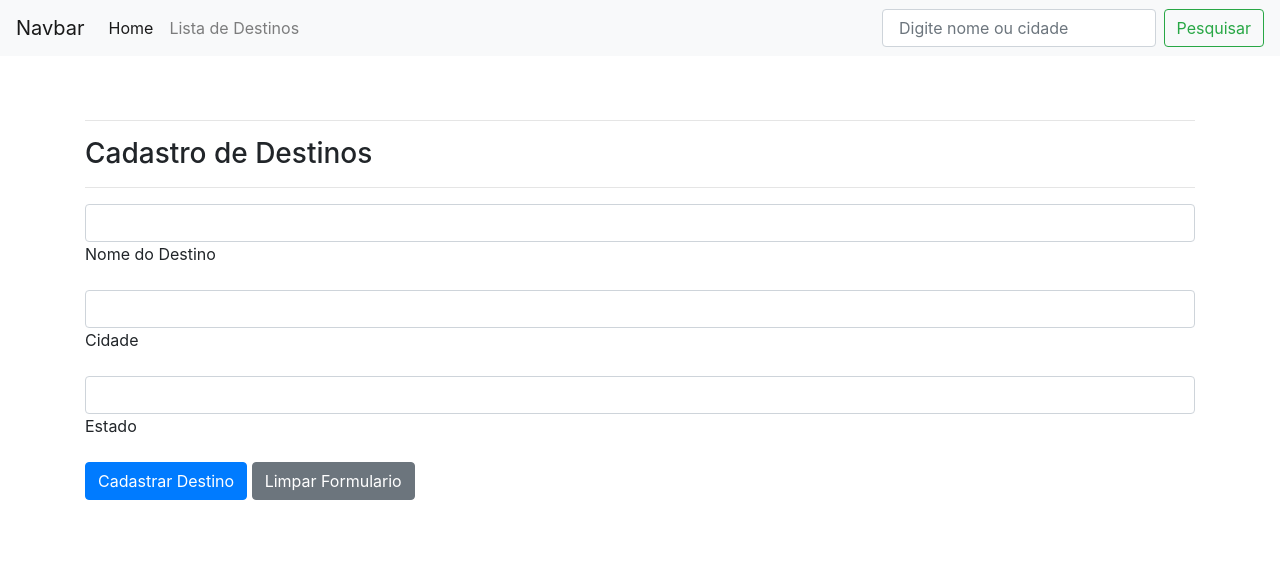
Repository: SolanoBarcelos/AtvPratMod4
Page: CrudJAVA/AtvPratMod4/src/main/webapp/index.html
These files come from the project's save history. The page is drawn as it stood at one moment and after the next save; the edit follows.
The browser window is 1280 px wide. The pictures show the whole page.

Above is the page before, as saved 2022-02-14 19:00:31.

After the next save:
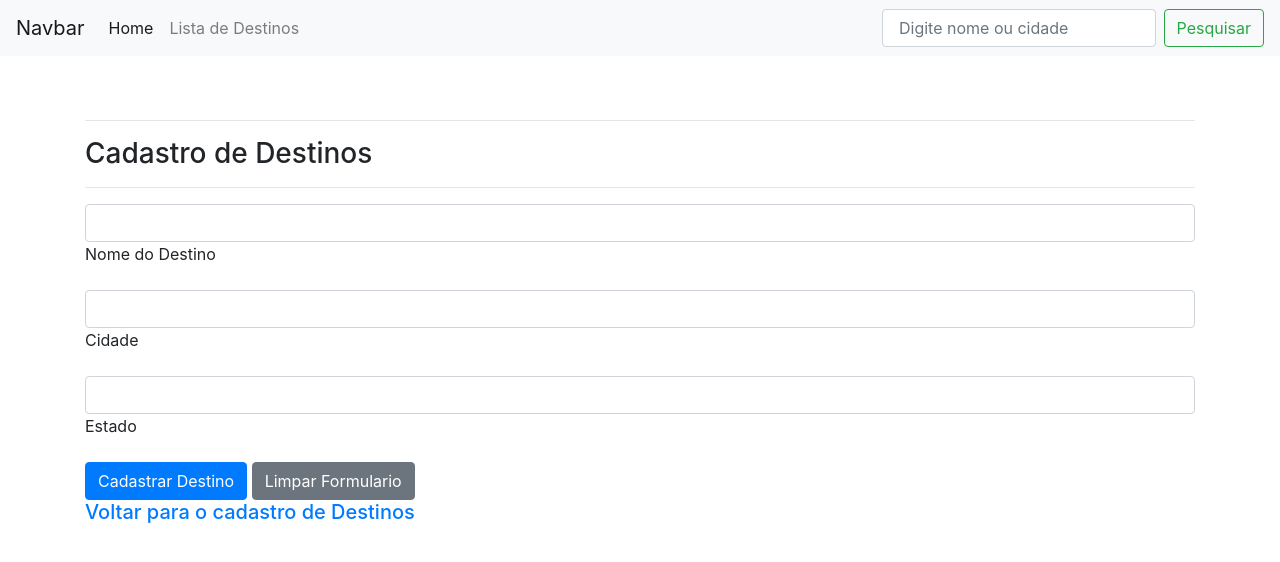
Saved 5 min 9 s later.
--- a/CrudJAVA/AtvPratMod4/src/main/webapp/index.html
+++ b/CrudJAVA/AtvPratMod4/src/main/webapp/index.html
@@ -67,6 +67,8 @@
 						Formulario</button>
 </form>
 
+<h5><a href="DestinoCreateAndSFind">Voltar para o cadastro de Destinos</a></h5>
+
 </div>
 
 </body>
